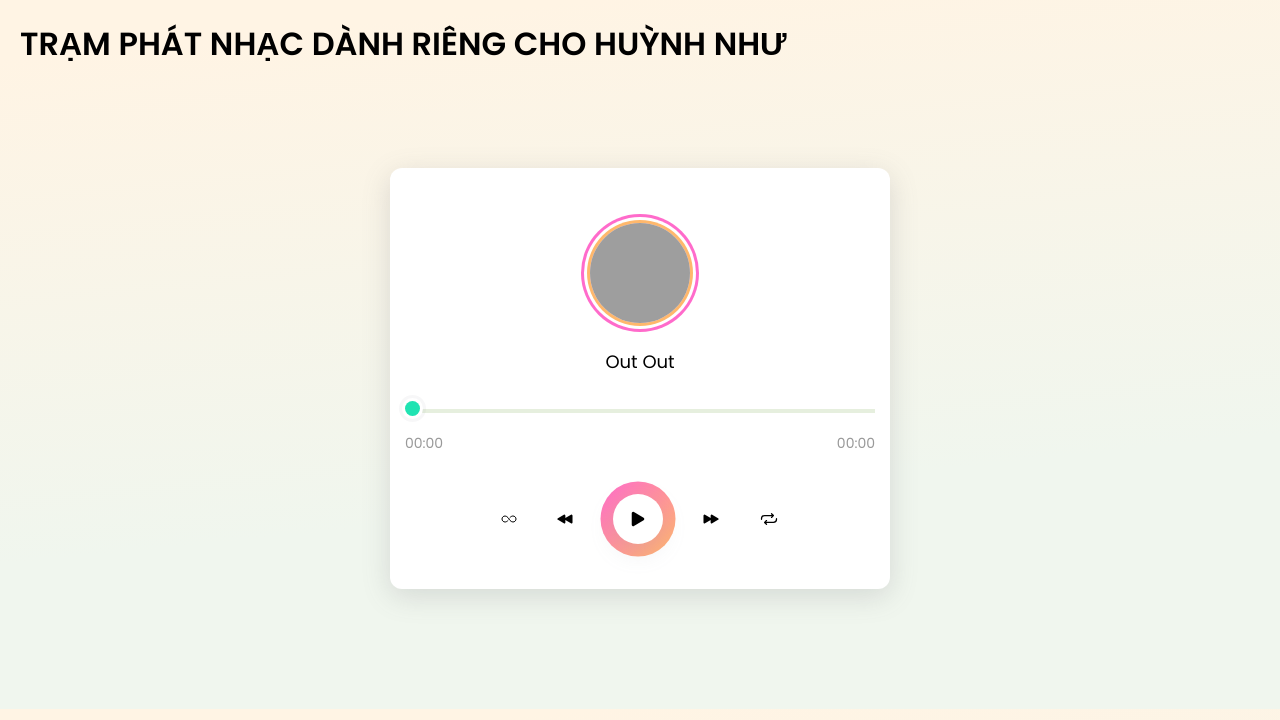
Repository: VuTuanAnh0949/Mp3
Page: index.html
An editor plug-in stored every save of this project. The page is shown before and after a run of saves, followed by the edit.
The browser window is 1280 px wide. The pictures show the whole page.
Pictures or frames that could not be fetched are drawn as grey boxes.

Above is the page before, as saved 2022-09-25 14:57:41.

### index.html
<!DOCTYPE html>
<html lang="en">

<head>
    <meta charset="UTF-8">
    <meta http-equiv="X-UA-Compatible" content="IE=edge">
    <meta name="viewport" content="width=device-width, initial-scale=1.0">
    <link rel="stylesheet" href="app.css">
    <link rel="preconnect" href="https://fonts.googleapis.com">
    <link rel="preconnect" href="https://fonts.gstatic.com" crossorigin>
    <link href="https://fonts.googleapis.com/css2?family=Poppins:wght@300;400;600&family=Roboto:ital,wght@0,300;1,300&display=swap" rel="stylesheet">
    <title>MP3</title>
    <script type="module" src="https://unpkg.com/ionicons@5.5.2/dist/ionicons/ionicons.esm.js"></script>
    <script nomodule src="https://unpkg.com/ionicons@5.5.2/dist/ionicons/ionicons.js"></script>
</head>

<body>
    <div class="title">
        <h1>TRẠM PHÁT NHẠC DÀNH RIÊNG CHO HUỲNH NHƯ</h1>
    </div>
    <div class="music">
        <div class="music-thumb">
            <img src="https://unsplash.com/blog/content/images/size/w1600/2022/06/jon-anders-dalan-9jSe9ZIFtGw-unsplash.jpg" alt="">
        </div>
        <h3 class="music-name">The Night</h3>
        <input type="range" name="range" id="range" class="range">
        <audio src="./music/nhabangiau.mp3" id="song"></audio>
        <div class="timer">
            <div class="duration">2:10</div>
            <div class="remaining">-3:10</div>
        </div>
        <div class="controls">
            <ion-icon name="infinite-outline" class="play-infinite"></ion-icon>
            <ion-icon name="play-back" class="play-back"></ion-icon>
            <div class="play">
                <div class="player-inner">
                    <ion-icon name="play" class="play-icon"></ion-icon>
                </div>
            </div>
            <ion-icon name="play-forward" class="play-forward"></ion-icon>
            <ion-icon name="repeat-outline" class="play-repeat"></ion-icon>
        </div>
    </div>

<script src="./app.js"></script>

</body>

</html>

### app.css
html {
    box-sizing: border-box;
  }
  * {
    margin: 0;
    padding: 0;
  }
  *,
  *:before,
  *:after {
    box-sizing: border-box;
  }
  input,
  textarea,
  select,
  button {
    outline: none;
  }
  input {
    line-height: normal;
  }
  label,
  button {
    cursor: pointer;
  }
  a {
    text-decoration: none;
  }
  img {
    display: block;
    max-width: 100%;
  }
  body {
    font-family: "Poppins", sans-serif;
    padding: 20px;
    max-width: 1000vh;
    max-height: 1000vh;
    background-image: linear-gradient( 174.2deg,  rgba(255,244,228,1) 7.1%, rgba(240,246,238,1) 67.4% );
   background-size: cover;
  }
 .title{
  color: background-image: radial-gradient( circle farthest-corner at 92.3% 71.5%,  rgba(83,138,214,1) 0%, rgba(134,231,214,1) 90% );
 }
  .music {
    max-width: 500px;
    margin: 100px auto;
    border-radius: 12px;
    background-color: white;
    box-shadow: rgba(100, 100, 111, 0.2) 0px 7px 29px 0px;
    padding: 55px 15px 45px;
  }
  .music-thumb {
    width: 100px;
    height: 100px;
    margin: 0 auto 25px;
  }
  .music-thumb.is-playing {
    animation: spinner 5s infinite linear;
  }
  .music-thumb img {
    width: 100%;
    height: 100%;
    object-fit: cover;
    border-radius: 100rem;
    box-shadow: 0 0 0 3px #ffb86c, 0 0 0 6px white, 0 0 0 9px #ff6bcb;
  }
  .music-name {
    font-size: 18px;
    font-weight: 500;
    text-align: center;
    margin-bottom: 20px;
  }
  .timer {
    display: flex;
    justify-content: space-between;
    align-items: center;
    font-size: 14px;
    color: #999;
    margin-bottom: 40px;
  }
  .controls {
    display: flex;
    justify-content: center;
    align-items: center;
    gap: 0 40px;
  }
  .play {
    position: relative;
  }
  .play:before {
    content: "";
    position: absolute;
    inset: 0;
    background-image: linear-gradient(to right bottom, #ff6bcb, #ffb86c);
    transform: scale(1.5);
    border-radius: 100rem;
  }
  .player-inner {
    width: 50px;
    height: 50px;
    border-radius: 100rem;
    background-color: white;
    display: flex;
    justify-content: center;
    align-items: center;
    cursor: pointer;
    box-shadow: rgba(149, 157, 165, 0.2) 0px 8px 24px;
    font-size: 20px;
    position: relative;
    z-index: 2;
  }
  .play-repeat,
  .play-back,
  .play-forward {
    cursor: pointer;
  }
  .range {
    -webkit-appearance: none; /* Hides the slider so that custom slider can be made */
    width: 100%; /* Specific width is required for Firefox. */
    background: transparent; /* Otherwise white in Chrome */
    margin-bottom: 20px;
     background: chartreuse;
  }
  .range::-webkit-slider-runnable-track {
    width: 100%;
    height: 4px;
    background-color: #eeee;
  }
  .range::-webkit-slider-thumb {
    -webkit-appearance: none;
    background-color: #20e3b2;
    width: 15px;
    height: 15px;
    border-radius: 100rem;
    margin-top: -8px;
    box-shadow: 0 0 0 3px white, 0 0 0 6px rgba(100, 100, 111, 0.05);
  }
  @keyframes spinner {
    to {
      transform: rotate(360deg);
    }
  }
  .play-repeat {
    font-size: 20px;
  }

### app.js
const song = document.getElementById("song");
const playBtn = document.querySelector(".player-inner");
const nextBtn = document.querySelector(".play-forward");
const prevBtn = document.querySelector(".play-back");
const durationTime = document.querySelector(".duration")
const remainingTime = document.querySelector(".remaining")
const rangeBar = document.querySelector(".range");
const musicName = document.querySelector(".music-name");
const musicThumbnail = document.querySelector(".music-thumb");
const musicImage = document.querySelector(".music-thumb img");
const playRepeat = document.querySelector(".play-repeat");

let isPlaying = true;
let indexSong = 0;
let isRepeat = false;
/* const musics = ["thenight.mp3","nhabangiau.mp3","outout.mp3","moveyour.mp3"]; */
const musics =[
  {
    id: 1,
    title: "Out Out",
    file: "outout.mp3",
    image: "https://c4.wallpaperflare.com/wallpaper/545/756/905/anime-anime-girls-mask-simple-background-hd-wallpaper-thumb.jpg"
},
      {
          id: 2,
          title: "Nhà Bạn Giàu",
          file: "nhabangiau.mp3",
          image: "https://images.unsplash.com/photo-1495430288918-03be19c7c485?ixlib=rb-1.2.1&ixid=MnwxMjA3fDB8MHxwaG90by1wYWdlfHx8fGVufDB8fHx8&auto=format&fit=crop&w=387&q=80"
      },
      {
        id: 3,
        title: "The Night",
        file: "thenight.mp3",
        image: "https://images.unsplash.com/photo-1532767153582-b1a0e5145009?ixlib=rb-1.2.1&ixid=MnwxMjA3fDB8MHxwaG90by1wYWdlfHx8fGVufDB8fHx8&auto=format&fit=crop&w=387&q=80"
    },
    {
      id: 4,
      title: "Move Your..",
      file: "moveyour.mp3",
      image: "https://c4.wallpaperflare.com/wallpaper/663/420/862/car-purple-retrowave-landscape-wallpaper-thumb.jpg"
  }

]
let timer;
let repeatCount = 0;
playRepeat.addEventListener("click", function () {
  if (isRepeat) {
    isRepeat = false;
    playRepeat.removeAttribute("style");
  } else {
    isRepeat = true;
    playRepeat.style.color = "#ffb86c";
  }
});
nextBtn.addEventListener("click", function () {
  changeSong(1);
});
prevBtn.addEventListener("click", function () {
  changeSong(-1);
});
song.addEventListener("ended", handleEndedSong);
function handleEndedSong() {
  repeatCount++;
  if (isRepeat && repeatCount === 1) {
    // handle repeat song
    isPlaying = true;
    playPause();
  } else {
    changeSong(1);
  }
}
function changeSong(dir) {
    if (dir === 1) {
      // next song
      indexSong++;
      if (indexSong >= musics.length) {
        indexSong = 0;
      }
      isPlaying = true;
    } else if (dir === -1) {
      // prev song
      indexSong--;
      if (indexSong < 0) {
        indexSong = musics.length - 1;
      }
      isPlaying = true;
    }
    init(indexSong);
    // song.setAttribute("src", `./music/${musics[indexSong].file}`);
    playPause();
  }

  playBtn.addEventListener("click", playPause);
  function playPause() {
    if (isPlaying) {
      musicThumbnail.classList.add("is-playing");
      song.play();
      playBtn.innerHTML = `<ion-icon name="pause-circle"></ion-icon>`;
      isPlaying = false;
      timer = setInterval(displayTimer, 500);
    } else {
      musicThumbnail.classList.remove("is-playing");
      song.pause();
      playBtn.innerHTML = `<ion-icon name="play"></ion-icon>`;
      isPlaying = true;
      clearInterval(timer);
    }
  }
  function displayTimer() {
    const { duration, currentTime } = song;
    rangeBar.max = duration;
    rangeBar.value = currentTime;
    remainingTime.textContent = formatTimer(currentTime);
    if (!duration) {
      durationTime.textContent = "00:00";
    } else {
      durationTime.textContent = formatTimer(duration);
    }
  }
  function formatTimer(number) {
    const minutes = Math.floor(number / 60);
    const seconds = Math.floor(number - minutes * 60);
    return `${minutes < 10 ? "0" + minutes : minutes}:${
      seconds < 10 ? "0" + seconds : seconds
    }`;
  }
  rangeBar.addEventListener("change", handleChangeBar);
  function handleChangeBar() {
    song.currentTime = rangeBar.value;
  }
  function init(indexSong) {
    song.setAttribute("src", `./music/${musics[indexSong].file}`);
    musicImage.setAttribute("src", musics[indexSong].image);
    musicName.textContent = musics[indexSong].title;
  }
  displayTimer();
  init(indexSong);

After the next 2 saves:
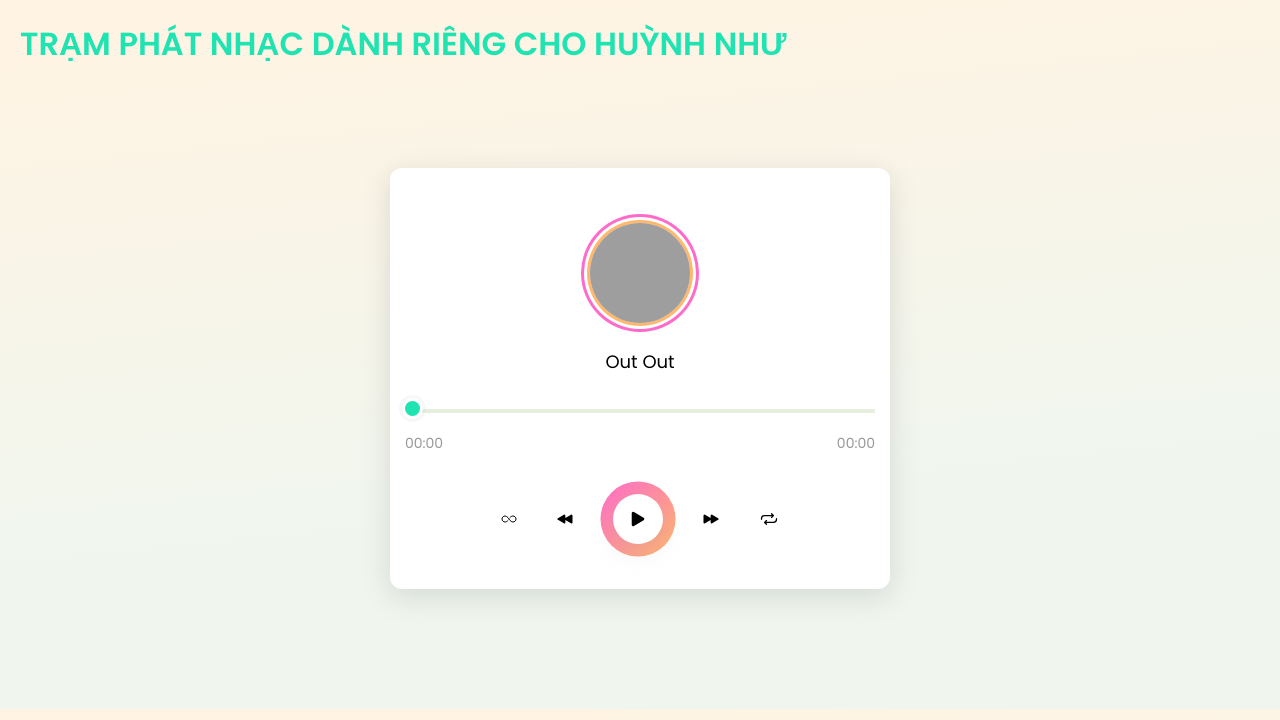
The 2 saves are shown as one change because they came seconds apart.
The last was saved 14 s later.
--- a/app.css
+++ b/app.css
@@ -39,7 +39,7 @@ html {
    background-size: cover;
   }
  .title{
-  color: background-image: radial-gradient( circle farthest-corner at 92.3% 71.5%,  rgba(83,138,214,1) 0%, rgba(134,231,214,1) 90% );
+  color:#20e3b2;
  }
   .music {
     max-width: 500px;
